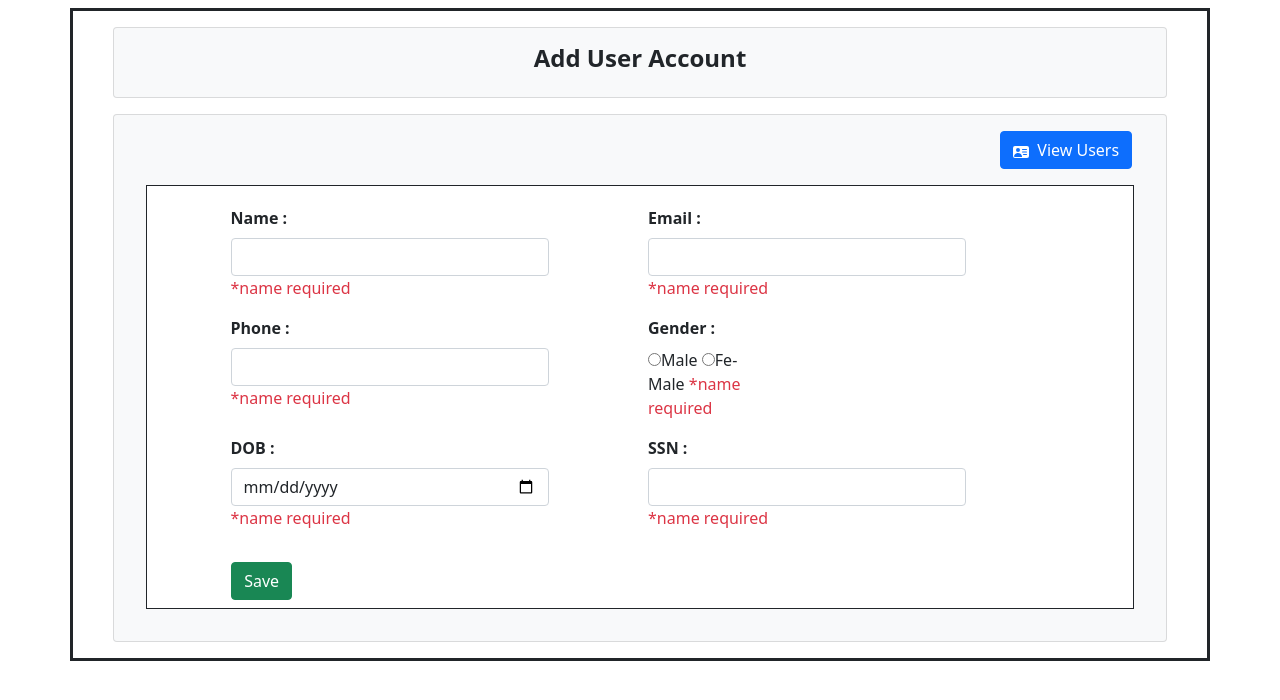
Repository: Umapathy-G/MiniProjects
Page: http://localhost/useraccount
These files come from the project's save history. The page is drawn as it stood at one moment and after the next save; the edit follows.
The browser window is 1280 px wide. The pictures show the whole page.
The page is this project's Thymeleaf template; nobody is signed in. The template is opened directly, without the code that normally fills it, so the values that code supplies are empty.

Above is the page before, as saved 2023-09-09 04:29:42.

After the next save:
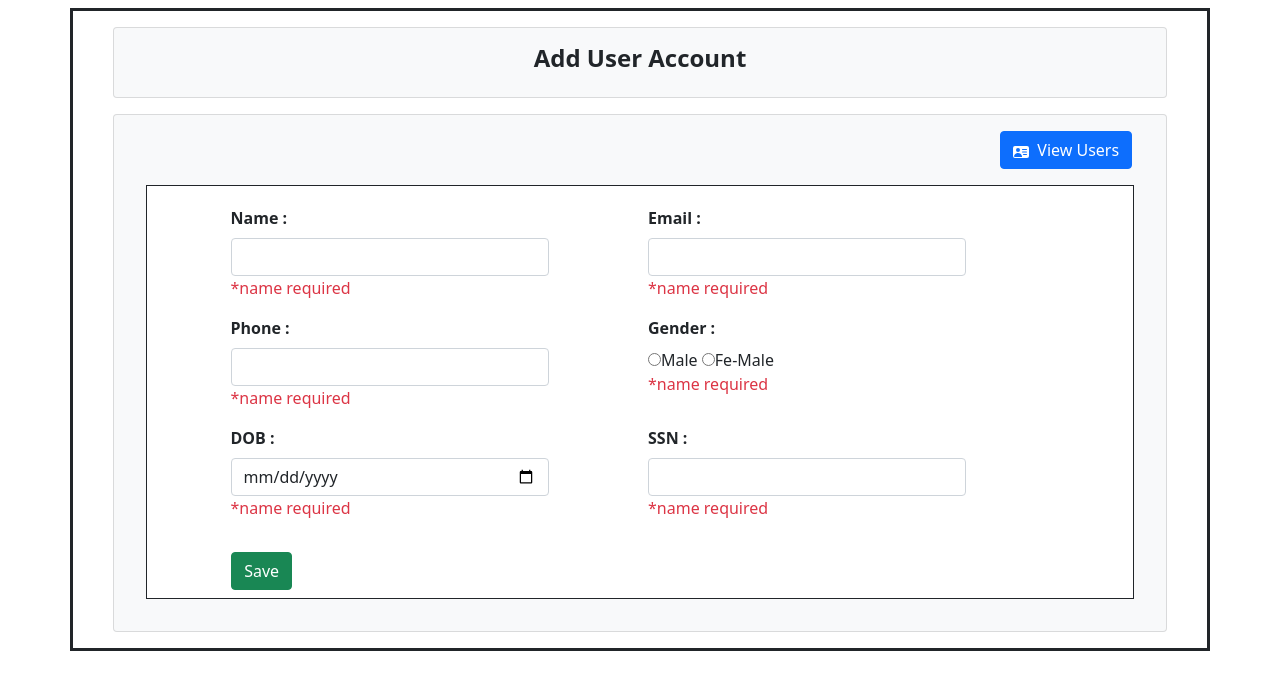
Saved 6 s later.
--- a/01-MiniProject-UserManagement/src/main/resources/templates/useraccount.html
+++ b/01-MiniProject-UserManagement/src/main/resources/templates/useraccount.html
@@ -48,7 +48,7 @@
 							</div>
 							<div class="col-4 offset-1">
 								<label class="form-label"><b>Gender :</b></label>
-								<div class="col-4">
+								<div class="col-6">
 									<input type="radio" th:field="*{gender}" value="M">Male
 									<input type="radio" th:field="*{gender}" value="F">Fe-Male
 									<span class="text-danger">*name required</span>
